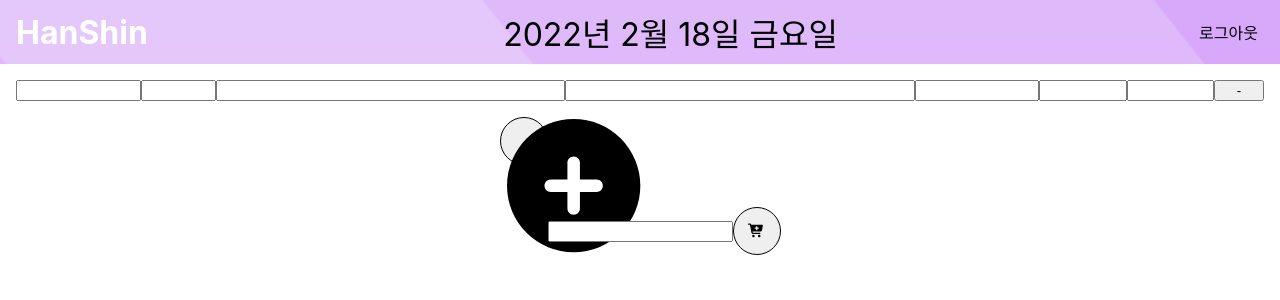
Repository: SeungYn/hanshinClient
Page: /add
These files come from the project's save history. The page is drawn as it stood at one moment and after a run of saves; the edit follows.
The browser window is 1280 px wide. The pictures show the whole page.
The project was rebuilt for these pictures with package versions that can differ from the ones it lists, and the page was loaded fresh each time. Also part of the build but not shown: src/App.css, src/components/item/item.jsx, src/components/package/package.module.css, src/components/package/package.jsx.

Above is the page before, as saved 2022-02-20 02:47:13.

### public/index.html
<!DOCTYPE html>
<html lang="en">
  <head>
    <meta charset="utf-8" />
    <link rel="icon" href="%PUBLIC_URL%/favicon.ico" />
    <meta name="viewport" content="width=device-width, initial-scale=1" />
    <meta name="theme-color" content="#000000" />
    <meta
      name="description"
      content="Web site created using create-react-app"
    />
  </head>
  <body>
    <div id="root"></div>
  </body>
</html>

### src/index.js
import React from 'react';
import ReactDOM from 'react-dom';
import './index.css';
import App from './App';
import { BrowserRouter } from 'react-router-dom';
ReactDOM.render(
  <React.StrictMode>
    <BrowserRouter>
      <App />
    </BrowserRouter>
  </React.StrictMode>,
  document.getElementById('root')
);

### src/index.css
html {
  height: 100%;
}
body {
  margin: 0;
  font-family: -apple-system, BlinkMacSystemFont, 'Segoe UI', 'Roboto', 'Oxygen',
    'Ubuntu', 'Cantarell', 'Fira Sans', 'Droid Sans', 'Helvetica Neue',
    sans-serif;
  -webkit-font-smoothing: antialiased;
  -moz-osx-font-smoothing: grayscale;
  height: 100%;
}
h1 {
  margin: 0;
}
code {
  font-family: source-code-pro, Menlo, Monaco, Consolas, 'Courier New',
    monospace;
}

* {
  box-sizing: border-box;
}
p,
h2 {
  margin: 0;
  padding: 0;
}

ul {
  list-style: none;
  margin: 0;
  padding: 0;
}

### src/App.jsx
import './App.css';
import Header from './components/header/header';
import Package from './components/package/package';
import { Route, Routes } from 'react-router-dom';
import AddBoxs from './addboxs/addBoxs';
function App() {
  return (
    <div className='app'>
      <Header />
      <Routes>
        <Route exact path='/' element={<Package />} />
        <Route exact path='/add' element={<AddBoxs />} />
      </Routes>
    </div>
  );
}

export default App;

### src/components/header/header.jsx
import React, { useEffect, useState } from 'react';
import styles from './header.module.css';

const Header = (props) => {
  const [date, setDate] = useState(new Date());
  const [month, setMonth] = useState('');
  const [year, setYear] = useState('');
  const [day, setDay] = useState('');
  const [dates, setDates] = useState('');

  useEffect(() => {
    setMonth(date.getMonth() + 1);
    switch (date.getDay()) {
      case 0:
        setDay('일');
        break;
      case 1:
        setDay('월');
        break;
      case 2:
        setDay('화');
        break;
      case 3:
        setDay('수');
        break;
      case 4:
        setDay('목');
        break;
      case 5:
        setDay('금');
        break;
      case 6:
        setDay('토');
        break;
    }
    setYear(date.getFullYear());
    setDates(date.getDate());
  }, [date, month, year, dates, day]);

  return (
    <header className={styles.header}>
      <h1 className={styles.title}>HanShin</h1>
      <p
        className={styles.day}
      >{`${year}년 ${month}월 ${dates}일 ${day}요일`}</p>
      <nav className={styles.menu}>
        <button className={styles.menu__item}>로그아웃</button>
      </nav>
    </header>
  );
};

export default Header;

### src/addboxs/addBoxs.jsx
import React, { useRef, useState } from 'react';
import styles from './addBoxs.module.css';
import { FontAwesomeIcon } from '@fortawesome/react-fontawesome';
import { faCirclePlus, faCartPlus } from '@fortawesome/free-solid-svg-icons';

const AddBoxs = (props) => {
  const [boxList, setBoxList] = useState([
    {
      date: '',
      kind: '',
      sender: '',
      receiver: '',
      receivedDate: '',
      position: '',
      name: '',
    },
  ]);

  const countRef = useRef();

  const onSubmit = (e) => {
    e.console.log(1);
  };

  const onChange = (event, index) => {
    const boxs = [...boxList];
    const name = event.currentTarget.name;
    const value = event.currentTarget.value;

    boxs[index][name] = value;
    setBoxList(boxs);

    // switch (name) {
    //   case 'date':
    //     boxs[index][name] = value;
    //     return setBoxList(boxs);
    //   case 'kind':
    //     boxs[index][name] = value;
    //     return setBoxList(boxs);
    //   case 'sender':
    //     boxs[index][name] = value;
    //     return setBoxList(boxs);
    //   case 'receiver':
    //     boxs[index][name] = value;
    //     return setBoxList(boxs);
    //   case 'receivedDate':
    //     boxs[index][name] = value;
    //     return setBoxList(boxs);
    //   case 'position':
    //     boxs[index][name] = value;
    //     return setBoxList(boxs);
    //   case 'name':
    //     boxs[index][name] = value;
    //     return setBoxList(boxs);
    // }
  };

  const onAdd = () => {
    setBoxList([
      ...boxList,
      {
        date: '',
        kind: '',
        sender: '',
        receiver: '',
        receivedDate: '',
        position: '',
        name: '',
      },
    ]);
  };

  const onMultiAdd = () => {
    const count = countRef.current.value;
    const boxs = [...boxList];
    for (let i = 0; i < count; i++) {
      boxs.push({
        date: '',
        kind: '',
        sender: '',
        receiver: '',
        receivedDate: '',
        position: '',
        name: '',
      });
    }
    setBoxList(boxs);
  };

  const onRemove = (event, index) => {
    const boxs = [...boxList];
    boxs.splice(index, 1);
    setBoxList(boxs);
  };

  return (
    <section className={styles.addContainer}>
      <form onSubmit={onSubmit} className={styles.addForm}>
        {boxList.map((box, index) => {
          return (
            <div className={styles.items} key={index}>
              <input
                type='text'
                name='date'
                onChange={(event) => onChange(event, index)}
                value={box.date}
              />
              <input
                type='text'
                name='kind'
                onChange={(event) => onChange(event, index)}
                value={box.kind}
              />
              <input
                type='text'
                name='sender'
                onChange={(event) => onChange(event, index)}
                value={box.sender}
              />
              <input
                type='text'
                name='receiver'
                onChange={(event) => onChange(event, index)}
                value={box.receiver}
              />
              <input
                type='text'
                name='receivedDate'
                onChange={(event) => onChange(event, index)}
                value={box.receivedDate}
              />
              <input
                type='text'
                name='position'
                onChange={(event) => onChange(event, index)}
                value={box.position}
              />
              <input
                type='text'
                name='name'
                onChange={(event) => onChange(event, index)}
                value={box.name}
              />
              <button type='button' onClick={(event) => onRemove(event, index)}>
                -
              </button>
            </div>
          );
        })}
      </form>
      <div className={styles.bottomBtn}>
        <button className={styles.addBtn} onClick={onAdd}>
          <FontAwesomeIcon icon={faCirclePlus} size='10x' />
        </button>
        <input type='text' name='count' ref={countRef} />
        <button className={styles.addBtn} onClick={onMultiAdd}>
          <FontAwesomeIcon icon={faCartPlus} />
        </button>
      </div>
    </section>
  );
};

export default AddBoxs;

### src/components/header/header.module.css
header {
  background: no-repeat url('./backimg.png');
  background-size: cover;
  height: 4rem;
  display: flex;
  justify-content: space-between;
  align-items: center;
  padding: 0.1rem 1rem;
}

.title {
  color: white;
}
.day {
  font-size: 2rem;
}
.menu__item {
  border: 0;
  background: none;
  font-size: 1rem;
}

### src/addboxs/addBoxs.module.css
.addContainer {
  width: 100%;
  display: flex;
  flex-direction: column;
  align-items: center;
}

.addForm {
  width: 100%;
  padding: 1rem;
}

.items {
  display: grid;
  grid-template-columns: 10% 6% 28% 28% 10% 7% 7% 4%;
  align-items: center;
}

.addBtn {
  width: 3rem;
  height: 3rem;
  border: 1px solid black;
  border-radius: 50%;
}

.test {
  width: 112px;
}

### src/components/item/item.module.css
.items {
  display: grid;
  grid-template-columns: 10% 6% 30% 30% 10% 7% 7%;
  align-items: center;
  border: 1px solid black;
}

.items:hover {
  background-color: #fef6ff;
}

p {
  /* 크기를 넘기면 자동으로 줄바꿈 */
  text-align: center;
  overflow-wrap: break-word;
}

After the next 5 saves:
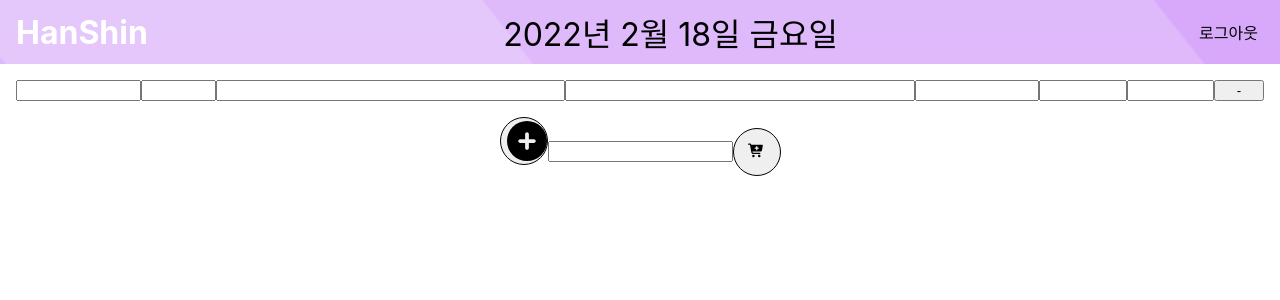
The 5 saves are shown as one change because they came seconds apart.
The last was saved 15 s later.
--- a/src/addboxs/addBoxs.jsx
+++ b/src/addboxs/addBoxs.jsx
@@ -150,7 +150,7 @@ const AddBoxs = (props) => {
       </form>
       <div className={styles.bottomBtn}>
         <button className={styles.addBtn} onClick={onAdd}>
-          <FontAwesomeIcon icon={faCirclePlus} size='10x' />
+          <FontAwesomeIcon icon={faCirclePlus} size='3x' />
         </button>
         <input type='text' name='count' ref={countRef} />
         <button className={styles.addBtn} onClick={onMultiAdd}>
